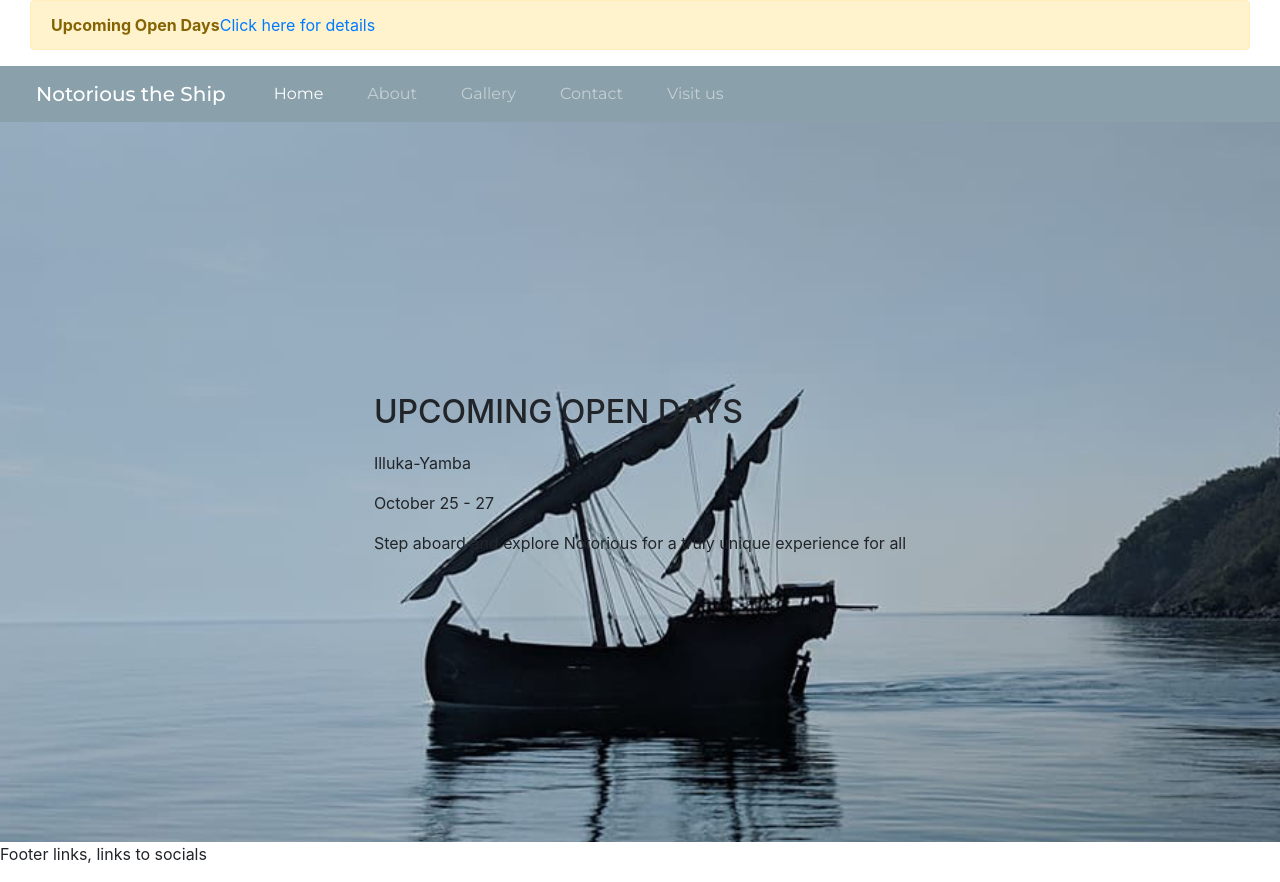
Repository: TSRose/NotorioustheShip
Page: open.html
The author's editor kept a record of every edit. The page is drawn from the files as they stood at one moment, then again after the next edit.
The browser window is 1280 px wide. The pictures show the whole page.
Backgrounds fixed to the window are drawn as part of the page.

Above is the page before.

### open.html
<!DOCTYPE html>
<html lang="en">

<head>
    <meta charset="UTF-8">
    <meta name="viewport" content="width=device-width, initial-scale=1.0">
    <meta http-equiv="X-UA-Compatible" content="ie=edge">
    <link rel="stylesheet" href="https://stackpath.bootstrapcdn.com/bootstrap/4.3.1/css/bootstrap.min.css" type="text/css" />
    <link rel="stylesheet" href="https://stackpath.bootstrapcdn.com/font-awesome/4.7.0/css/font-awesome.min.css">
    <link rel="stylesheet" href="assets/css/style.css" type="text/css">

    <title>Notorious the Ship</title>
</head>

<body>
    <div class="container-fluid navalert-container">
        <div class="container-fluid alert-container">
            <div class="row d-none d-sm-block">
                <div class="col-12">
                    <div class="site-wide-alert alert alert-warning">
                        <strong>Upcoming Open Days</strong><a class="site-alert-link" href="open.html">Click here for details</a>
                    </div>
                </div>
            </div>
        </div>
    </div>
    <nav class="navbar navbar-dark navbar-expand-sm">
        <a href="index.html" class="navbar-brand">Notorious the Ship</a>
        <button class="navbar-toggler ml-auto" type="button" data-toggle="collapse" data-target="#navbarNavDropdown" aria-controls="navbarNavDropdown" aria-expanded="false" aria-label="Toggle navigation">
      <span class="navbar-toggler-icon"></span></button>
        <div class="collapse navbar-collapse" id="navbarNavDropdown">
            <ul class="navbar-nav mr-auto">
               <li class="active nav-item mr-2"><a class="nav-link" href="index.html">Home</a></li>
                <li class="nav-item mr-2"><a class="nav-link" href="about.html">About</a></li>
                <li class="nav-item mr-2"><a class="nav-link" href="gallery.html">Gallery</a></li>
                <li class="nav-item mr-2"><a class="nav-link" href="contact.html">Contact</a></li>
                <li class="nav-item mr-2"><a class="nav-link" href="open.html">Visit us</a></li>
            </ul>
            </div>
    </nav>

    <!---------------------------open days----->

    <div class="container-fluid landing-container">
        <section class="landing">
            <div class="row">
                <div class="col-12">
                    <div class="jumbotron-landing">
                        <h2 class="text-uppercase jumbotron-heading">Upcoming Open Days</h2>
                        <p class="landing-subheading">Illuka-Yamba</p>
                        <p class="landing-subheading">October 25 - 27</p>
                        <p class="landing-subheading">Step aboard and explore Notorious for a truly unique experience for all</p>
                    </div>
                </div>
            </div>
        </section>
    </div>


    <footer>
        <p>Footer links, links to socials </p>
    </footer>

    <script src="https://code.jquery.com/jquery-3.3.1.slim.min.js" integrity="sha384-q8i/X+965DzO0rT7abK41JStQIAqVgRVzpbzo5smXKp4YfRvH+8abtTE1Pi6jizo" crossorigin="anonymous"></script>
    <script src="https://cdnjs.cloudflare.com/ajax/libs/popper.js/1.14.7/umd/popper.min.js" integrity="sha384-UO2eT0CpHqdSJQ6hJty5KVphtPhzWj9WO1clHTMGa3JDZwrnQq4sF86dIHNDz0W1" crossorigin="anonymous"></script>
    <script src="https://stackpath.bootstrapcdn.com/bootstrap/4.3.1/js/bootstrap.min.js" integrity="sha384-JjSmVgyd0p3pXB1rRibZUAYoIIy6OrQ6VrjIEaFf/nJGzIxFDsf4x0xIM+B07jRM" crossorigin="anonymous"></script>

</body>

</html>

### assets/css/style.css
@import url('https://fonts.googleapis.com/css?family=Montserrat:100,200,300,400,500,600,700|Roboto:100,200,300,400,500,600,700');

body {
    margin: 10;
    padding: 0;
}

header {
    margin: 0;
}

.footer {
    background-color: #89bddd;
    border-color: #89bddd;
}

h2 {
    margin-bottom: 20px;
}

/*-------------------------------- navbar */

.navbar-brand {
    font-family: "Montserrat", sans-serif;
    color: #fafafa;
    margin: 0 20px;
    font-weight: 500;
}

.nav-item {
    color: #fafafa;
    font-family: "Montserrat", sans-serif;
    margin: 0 20px;
}

.list-inline {
    text-align: center;
}

.navbar {
    color: #aaa;
    background-color: #8aa0aa;
    margin-bottom: 0;
    border: 0;
    width: 100%;
}

.navbar .navbar-toggler {
    border: 0;
}

/*---------------------------------Landing ----*/

.landing-container {
    height: 100VH;
    background: url("../images/notorious_portdouglas_xsm_crop.jpg") no-repeat center center fixed;
    -webkit-background-size: cover;
    -moz-background-size: cover;
    -o-background-size: cover;
    background-size: cover;
    display: flex;
    align-items: center;
    justify-content: center;
    position: relative;
}

@media (min-width: 576px) {
    .landing-container {
        background: url("../images/notorious_portdouglas_sm_crop.jpg") no-repeat center right fixed;
    }
    .
}

@media (min-width: 768px) {
    .landing-container {
        background: url("../images/notorious_portdouglas_md_crop.jpg") no-repeat center right fixed;
    }
}

@media (min-width: 992px) {
    .landing-container {
        background: url("../images/notorious_portdouglas.PNG") no-repeat center left fixed;
    }
}

.text-uppercase {
    text-transform: uppercase;
}

.landing-subheading {
    padding: 0 0px;
    text-align: left;
}

/*--------------------------------Jumbotron*/

.absolute {
    position: absolute;
    height: 100VH;
    width: 100VW;
    padding: 7%;
}

.jumbotron {
    background-color: transparent;
    padding: 0;
    color: #fafafa;
    height: 100VH;
}

.jumbotron-header {
    font-weight: bold;
    margin-bottom: 35px;
    margin: 50px;
    text-transform: capitalize;
    padding: 50px;
}


/*--------------------------------------- contact form*/

.contact-heading {
    font-family: "Montserrat", sans-serif;
    font-weight: 200;
    margin-top: 25px;
    margin-bottom: 20px;
}

.center-form {
    padding-top: 10px;
    margin: 0 auto;
    max-width: 70%;
}

button[type="submit"] {
    margin-top: 15px;
    margin-bottom: 20px;
    color: #fafafa;
    background-color: #3498db;
}

.btn {
    padding: 5px;
}

.form-control {
    margin: 10px 0;
}

.share {
    margin: 25px 0;
}

@media(max-width: 991px) {
    .center-form {
        padding-top: 30px;
        min-height: 240px;
        margin: 0 auto;
        max-width: 70%;
    }
}

@media(min-width: 992px) {
    .center-form {
        padding-top: 30px;
        min-height: 240px;
        margin: 0 auto;
        max-width: 50%;
    }
}

@media(min-width: 992px) {
    .contact-heading {
        font-family: "Montserrat", sans-serif;
        font-weight: 400;
        margin-top: 25px;
        margin-bottom: 20px;
    }
}

/*-----------------------------------About*/

.about-container {
    margin: 15px;
}

.article-wrapper {
    margin-right: 50px;
}

.theshipimage {
    background: url("../images/notorious_on_anchor.PNG");
    background-position: left;
    background-repeat: no-repeat;
    display: inline-block;
    width: 300px;
    height: auto;
    transition: all .5s ease-in-out;
    -moz-transition: all .5s ease-in-out;
    -webkit-transition: all .5s ease-in-out;
    margin: 0 15;
}

.thebuilderimage {
    background: url("../images/graemewylie.jpg");
    background-position: left;
    background-repeat: no-repeat;
    background-size: cover;
    display: block;
    width: 300px;
    height: auto;
    transition: all .5s ease-in-out;
    -moz-transition: all .5s ease-in-out;
    -webkit-transition: all .5s ease-in-out;
}

.thehistoryimage {
    background: url("../images/portuguesecaravelmodel.jpg");
    background-position: left;
    background-repeat: no-repeat;
    background-size: cover;
    display: block;
    width: auto;
    height: 300px;
    max-height: 300px;
    transition: all .5s ease-in-out;
    -moz-transition: all .5s ease-in-out;
    -webkit-transition: all .5s ease-in-out;
}

.article-container {
    margin: 30px;
}


/*-----------------------------------Buttons*/

.btn--learnmore {
    font-weight: bold;
    font-size: small;
    border-radius: 23px;
    width: 180px;
}


.btn--learnmore:hover,
.but--learnmore:active,
.btn--learnmore:focus,
.btn--learnmore:active:focus {
    background-color: #89bddd;
    border-color: #89bddd;
}

/*-----------------------------------Footer*/

.social-links {
    margin-top: 10px;
    padding-bottom: 0px;
}

.list-inline-item {
    padding-left: 5px;
    padding-right: 5px;
}

After the next edit:
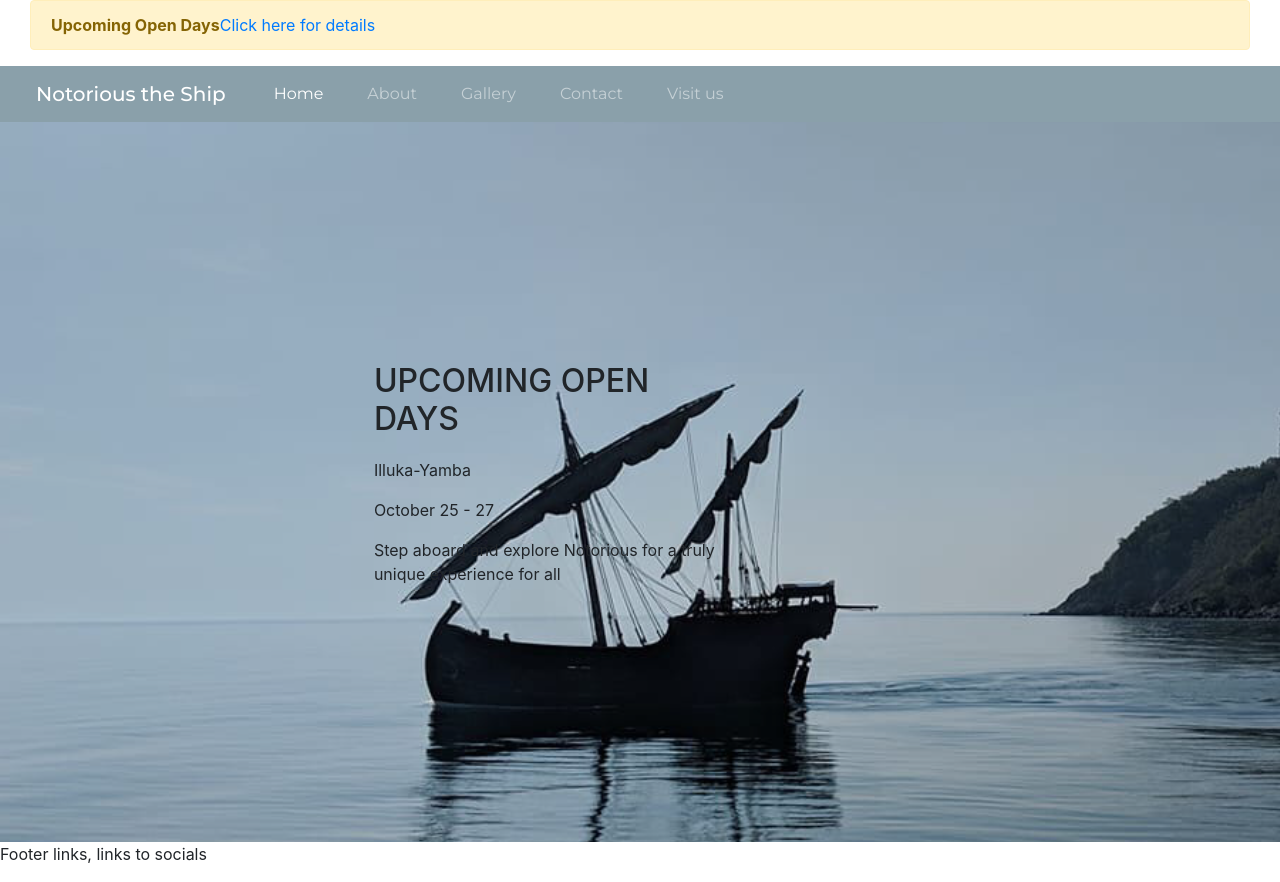
The edit:
--- a/open.html
+++ b/open.html
@@ -44,7 +44,7 @@
     <div class="container-fluid landing-container">
         <section class="landing">
             <div class="row">
-                <div class="col-12">
+                <div class="col-8 inline-block">
                     <div class="jumbotron-landing">
                         <h2 class="text-uppercase jumbotron-heading">Upcoming Open Days</h2>
                         <p class="landing-subheading">Illuka-Yamba</p>
